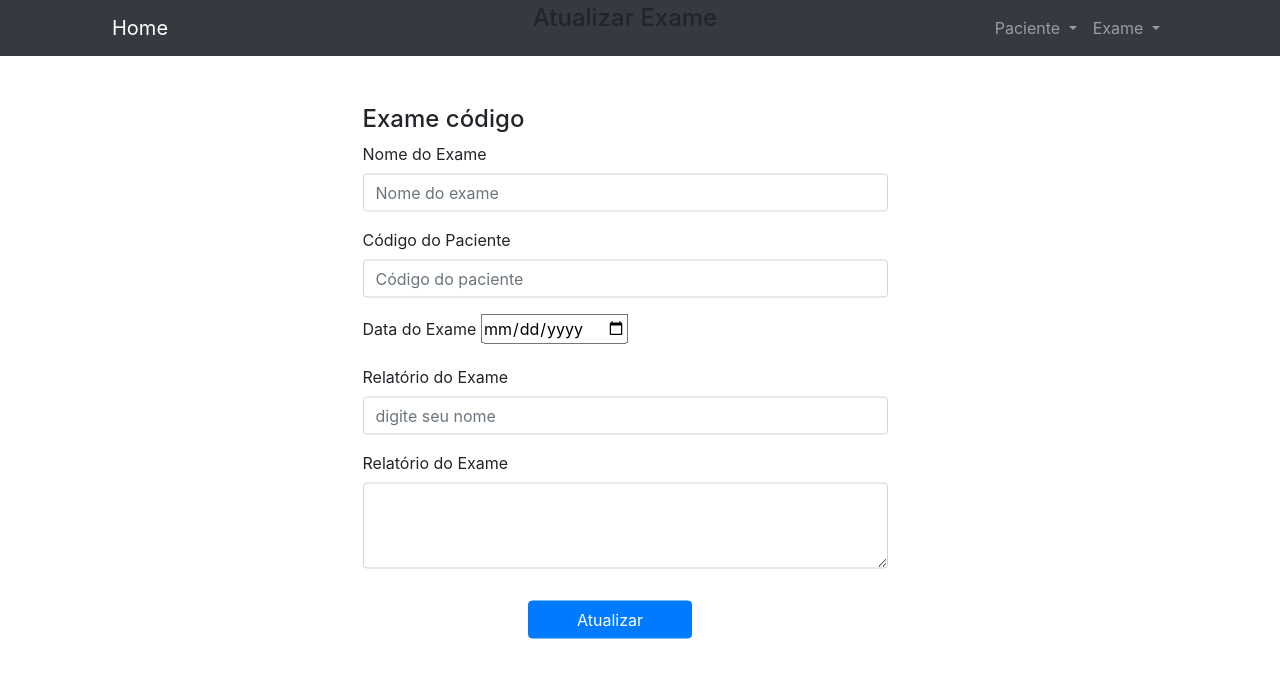
Repository: noobDevPRB/struts2_project
Page: http://localhost/Projeto_SOCTest/WEB-INF/jsp/exame/atualizar.jsp
The author's editor kept a copy of each file at every save. The page is drawn from the files as they stood at one save, then again after the next save.
The browser window is 1280 px wide. The pictures show the whole page.
The page is served by Tomcat 9. Nobody is signed in. Other server files are loaded and not shown. The template is opened directly, without the code that normally fills it, so the values that code supplies are empty.

Above is the page before, as saved 2020-10-18 17:35:08.

### Projeto_SOCTest/WebContent/WEB-INF/jsp/exame/atualizar.jsp
<%@ page language="java" contentType="text/html; charset=ISO-8859-1" pageEncoding="ISO-8859-1"%>

<!DOCTYPE html>
<html>
<head>
<meta charset="ISO-8859-1">
	<meta charset="utf-8">
	<meta name="viewport" content="width=device-width, initial-scale=1, shrink-to-fit=no">
	<title>Soc Teste</title>
</head>
<body>

	<%@ include file="navBar.jsp"%>

	<div class="container custon-transley">
		<div class="row justify-content-center pb-5">
			<h4>Atualizar Exame</h4>
		</div>

	  	<div class="row justify-content-center">
		    <div class="col-lg-6 align-item">
		    <h4 class="pt-3">Exame código ${exame.id}</h4>
				<form action="atualizarExame"method="post">

					<div class="form-group">
						<label>Nome do Exame</label>
						<input class="form-control" value="${exame.nm_exame}" type="text" required="required" maxlength="40" placeholder="Nome do exame" name="exame.nm_exame">
					</div>

					 <div class="form-group">
						<label>Código do Paciente</label>
						<input class="form-control" value="${exame.id_pcnt}" type="number" required="required" placeholder="Código do paciente" name="exame.id_pcnt">
					</div>
					<div class="form-group">
						<label>Data do Exame</label>
						<input type="date" value="${exame.exm_data}" required="required" placeholder="Data" name="exame.exm_data">
					</div>

					<div class="form-group">
						<label>Relatório do Exame</label>
						<input class="form-control" value="${exame.resultado}" type="textarea" maxlength="40" placeholder="digite seu nome" name="exame.resultado">
					</div>

					<div class="form-group">
						<label>Relatório do Exame</label>
						<textarea class="form-control" rows="3"></textarea>
					</div>

					<div class="pt-3 row justify-content-center">
						<input value="${exame.id}" type="hidden" name="exame.id">
						<button type="submit" class="btn btn-primary px-5" value="Cadastrar">Atualizar</button>
					</div>
				</form>
		    </div>
	  	</div>
	</div>
</body>
</html>

### Projeto_SOCTest/WebContent/WEB-INF/jsp/exame/navBar.jsp
<%@ page language="java" contentType="text/html; charset=ISO-8859-1" pageEncoding="ISO-8859-1"%>

<!DOCTYPE html>
<html>
<head>
	<!-- Required meta tags -->
	<meta charset="utf-8">
	<meta name="viewport" content="width=device-width, initial-scale=1, shrink-to-fit=no">
	<!-- Bootstrap CSS -->
  	<link rel="stylesheet" href="https://cdn.jsdelivr.net/npm/bootstrap@4.5.3/dist/css/bootstrap.min.css">
  	<link href="css/style.css" rel="stylesheet">
	<title>Soc Teste</title>
</head>

<body>
	<nav class="navbar navbar-expand-lg navbar-dark bg-dark">
		<a class="navbar-brand pl-5 ml-5" href="http://localhost:8080/Projeto_SOCTest/">Home</a>

		<div class="collapse navbar-collapse" id="navbarSupportedContent">
			<ul class="navbar-nav ml-auto pr-5 mr-5">
				<li class="nav-item dropdown">
					<a class="nav-link dropdown-toggle" href="#" id="navbarDropdown" role="button" data-toggle="dropdown" aria-haspopup="true" aria-expanded="false">
					Paciente
					</a>
					<div class="dropdown-menu" aria-labelledby="navbarDropdown">
						<a class="dropdown-item" href="http://localhost:8080/Projeto_SOCTest/navegarCadastroPaciente">Cadastro</a>
						<a class="dropdown-item" href="http://localhost:8080/Projeto_SOCTest/navegarListagemPacientes">Listagem</a>
					</div>
				</li>
				<li class="nav-item dropdown">
					<a class="nav-link dropdown-toggle" href="#" id="navbarDropdown" role="button" data-toggle="dropdown" aria-haspopup="true" aria-expanded="false">
					Exame
					</a>
					<div class="dropdown-menu" aria-labelledby="navbarDropdown">
						<a class="dropdown-item" href="http://localhost:8080/Projeto_SOCTest/navegarCadastroExame">Cadastro</a>
						<a class="dropdown-item" href="http://localhost:8080/Projeto_SOCTest/navegarListagemExames">Listagem</a>
					</div>
				</li>
			</ul>
		</div>
	</nav>
</body>
<script src="https://code.jquery.com/jquery-3.5.1.slim.min.js"></script>
<script src="https://cdn.jsdelivr.net/npm/bootstrap@4.5.3/dist/js/bootstrap.bundle.min.js"></script>
</html>

### Projeto_SOCTest/WebContent/css/style.css
* {
	box-sizing: border-box;
	margin: 0;
	padding: 0;
	outline:0;
	max-width: 100%;
}

html, body {
	min-height:100%;
	height:100%;
	max-width:100%
}

.custon-transley{
	position: relative;
	top: 50%;
	transform: translateY(-65%);
}

.custon-table {
	height: 700px;
	overflow: auto;
}

.botão-transparente{
	color: #007bff;;
	background-color: transparent!important;
	border: 0px!important;
	border-color: transparent!important;

}

.botão-transparente:hover{
	background-color: transparent!important;
	border: 0px!important;
	color: #0056b3;
    text-decoration: underline;
    border-color: transparent!important;
}

After the next save:
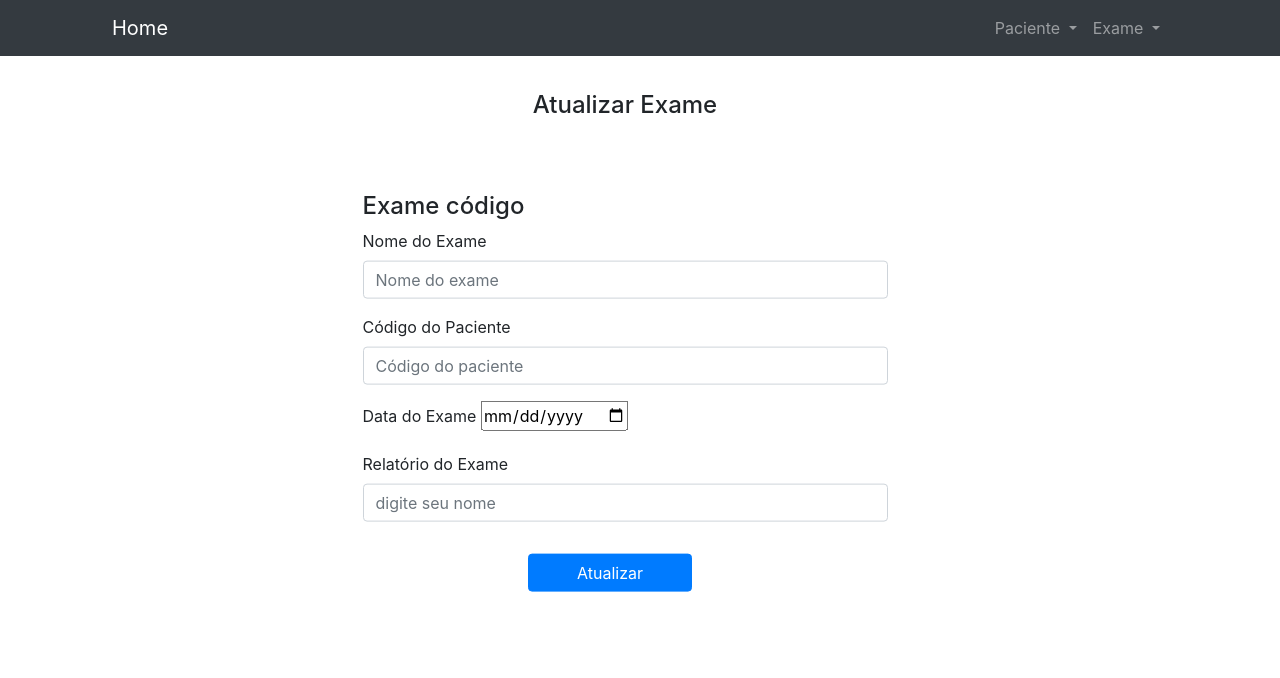
Saved 51 s later.
--- a/Projeto_SOCTest/WebContent/WEB-INF/jsp/exame/atualizar.jsp
+++ b/Projeto_SOCTest/WebContent/WEB-INF/jsp/exame/atualizar.jsp
@@ -41,10 +41,6 @@
 						<input class="form-control" value="${exame.resultado}" type="textarea" maxlength="40" placeholder="digite seu nome" name="exame.resultado">
 					</div>
 
-					<div class="form-group">
-						<label>Relatório do Exame</label>
-						<textarea class="form-control" rows="3"></textarea>
-					</div>
 
 					<div class="pt-3 row justify-content-center">
 						<input value="${exame.id}" type="hidden" name="exame.id">
